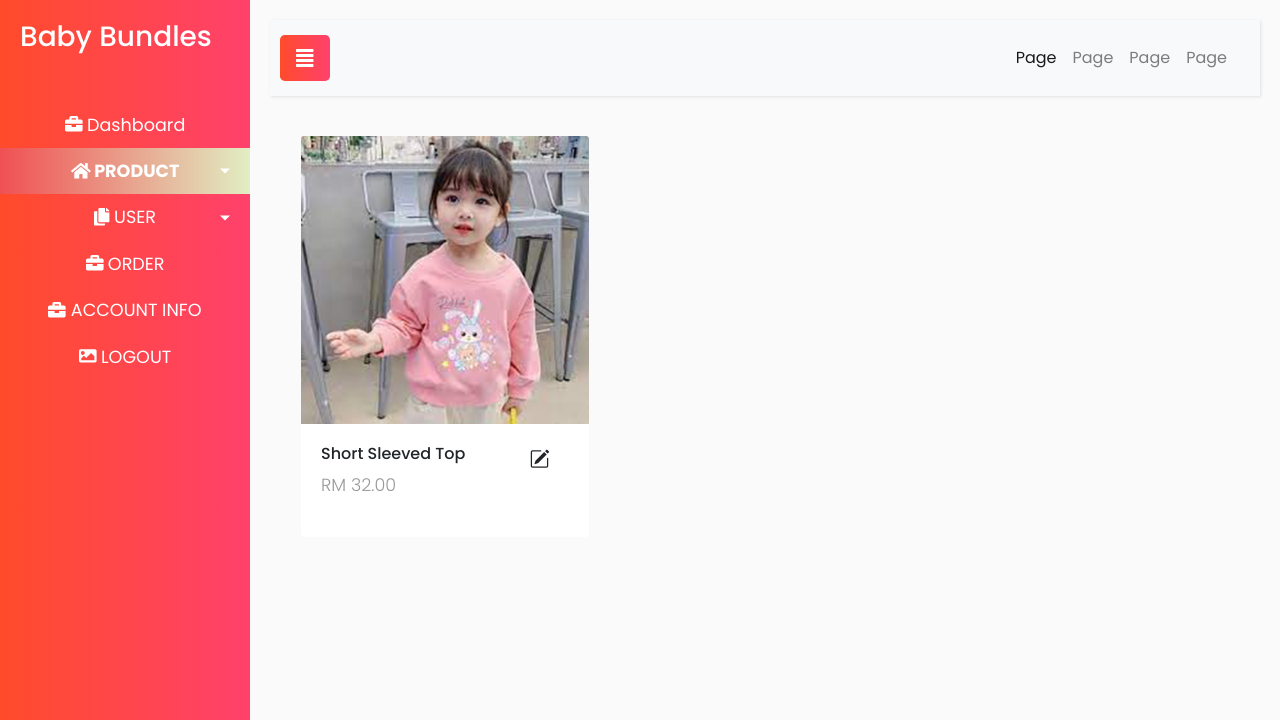
Repository: jiahow99/Baby-Bundles-University
Page: http://localhost/admin.php
These files come from the project's save history. The page is drawn as it stood at one moment and after a run of saves; the edit follows.
The browser window is 1280 px wide. The pictures show the whole page.
Some web libraries are served in a nearby version. The page is run by PHP 8.4 with error messages shown; the project is at /var/www/html/.

Above is the page before, as saved 2022-11-24 17:30:01.

### admin.php
<!DOCTYPE html>
<html>

<head>
    <meta charset="utf-8">
    <meta name="viewport" content="width=device-width, initial-scale=1.0">
    <meta http-equiv="X-UA-Compatible" content="IE=edge">

    <title>Admin</title>

    <!-- Bootstrap CSS CDN -->
    <link rel="stylesheet" href="https://stackpath.bootstrapcdn.com/bootstrap/4.1.0/css/bootstrap.min.css" integrity="sha384-9gVQ4dYFwwWSjIDZnLEWnxCjeSWFphJiwGPXr1jddIhOegiu1FwO5qRGvFXOdJZ4" crossorigin="anonymous">
    <!-- Our Custom CSS -->
    <link rel="stylesheet" href="css/admin.style.css">

    <!-- Font Awesome JS -->
    <script defer src="https://use.fontawesome.com/releases/v5.0.13/js/solid.js" integrity="sha384-tzzSw1/Vo+0N5UhStP3bvwWPq+uvzCMfrN1fEFe+xBmv1C/AtVX5K0uZtmcHitFZ" crossorigin="anonymous"></script>
    <script defer src="https://use.fontawesome.com/releases/v5.0.13/js/fontawesome.js" integrity="sha384-6OIrr52G08NpOFSZdxxz1xdNSndlD4vdcf/q2myIUVO0VsqaGHJsB0RaBE01VTOY" crossorigin="anonymous"></script>
    <!-- Bootstrap Icon -->
    <link rel="stylesheet" href="https://cdn.jsdelivr.net/npm/bootstrap-icons@1.3.0/font/bootstrap-icons.css">

</head>

<body>

    <div class="wrapper">
        <!-- Sidebar  -->
        <nav id="sidebar">
            <div class="sidebar-header">
                <h3>Baby Bundles</h3>
                <strong>BS</strong>
            </div>

            <ul class="list-unstyled components">
                <!-- Dashboard -->
                <li>
                    <a href="#">
                        <i class="fas fa-briefcase"></i>
                        <span id="aboutlabel">Dashboard</span>
                    </a>
                </li>
                <!-- Product -->
                <li class="active">
                    <a href="#homeSubmenu" data-toggle="collapse" aria-expanded="false" class="dropdown-toggle">
                        <i class="fas fa-home"></i>
                        <span id="homelabel">PRODUCT</span>
                    </a>
                    <ul class="collapse list-unstyled" id="homeSubmenu">
                        <li>
                            <a href="#">ADD PRODUCT</a>
                        </li>
                        <li>
                            <a href="#">DELETE PRODUCT</a>
                        </li>
                        <li>
                            <a href="#">VIEW ALL</a>
                        </li>
                    </ul>
                </li>
                <!-- User -->
                <li>
                    <a href="#pageSubmenu" data-toggle="collapse" aria-expanded="false" class="dropdown-toggle">
                        <i class="fas fa-copy"></i>
                        <span id="pagelabel">USER</span>
                    </a>
                    <ul class="collapse list-unstyled" id="pageSubmenu">
                        <li>
                            <a href="#">ADD USER</a>
                        </li>
                        <li>
                            <a href="#">DELETE USER</a>
                        </li>
                        <li>
                            <a href="#">VIEW ALL</a>
                        </li>
                    </ul>
                </li>
                <!-- Order -->
                <li>
                    <a href="#">
                        <i class="fas fa-briefcase"></i>
                        <span id="aboutlabel">ORDER</span>
                    </a>
                </li>
                <!-- Account Info -->
                <li>
                    <a href="#">
                        <i class="fas fa-briefcase"></i>
                        <span id="aboutlabel">ACCOUNT INFO</span>
                    </a>
                </li>
                <!-- Log out -->
                <li>
                    <a href="#">
                        <i class="fas fa-image"></i>
                        <span id="portfoliolabel">LOGOUT</span>
                    </a>
                </li>
            </ul>


        </nav>

        <!-- Page Content  -->
        <div id="content">

            <nav class="navbar navbar-expand-lg navbar-light bg-light">
                <div class="container-fluid pl-0">

                    <button type="button" id="sidebarCollapse" class="btn-lg btn-primary">
                        <i class="fas fa-align-justify"></i>
                        <!-- <span>Toggle Sidebar</span> -->
                    </button>
                    <button class="btn btn-dark d-inline-block d-lg-none ml-auto" type="button" data-toggle="collapse" data-target="#navbarSupportedContent" aria-controls="navbarSupportedContent" aria-expanded="false" aria-label="Toggle navigation">
                        <i class="fas fa-align-justify"></i>
                    </button>

                    <div class="collapse navbar-collapse" id="navbarSupportedContent">
                        <ul class="nav navbar-nav ml-auto">
                            <li class="nav-item active">
                                <a class="nav-link" href="#">Page</a>
                            </li>
                            <li class="nav-item">
                                <a class="nav-link" href="#">Page</a>
                            </li>
                            <li class="nav-item">
                                <a class="nav-link" href="#">Page</a>
                            </li>
                            <li class="nav-item">
                                <a class="nav-link" href="#">Page</a>
                            </li>
                        </ul>
                    </div>
                </div>
            </nav>

            <div class="row mx-3">
                <div class="col-3">
                    <!-- Product card -->
                    <div class="card border-0" style="width: 18rem;">
                        <img class="card-img-top" src="img/top/top01.jpg" >
                        <div class="card-body">
                            <div class="row">
                                <!-- Title and Price -->
                                <div class="col-9">
                                    <h6>Short Sleeved Top</h6>
                                    <p>RM 32.00</p>
                                </div>
                                <!-- Edit icon -->
                                <div class="col-3" style="font-size:20px;"><i class="bi bi-pencil-square"></i></div>
                            </div>
                        </div>
                        </div>
                    </div>
            </div>
    </div>

    <!-- jQuery CDN - Slim version (=without AJAX) -->
    <script src="https://code.jquery.com/jquery-3.3.1.slim.min.js" integrity="sha384-q8i/X+965DzO0rT7abK41JStQIAqVgRVzpbzo5smXKp4YfRvH+8abtTE1Pi6jizo" crossorigin="anonymous"></script>
    <!-- Popper.JS -->
    <script src="https://cdnjs.cloudflare.com/ajax/libs/popper.js/1.14.0/umd/popper.min.js" integrity="sha384-cs/chFZiN24E4KMATLdqdvsezGxaGsi4hLGOzlXwp5UZB1LY//20VyM2taTB4QvJ" crossorigin="anonymous"></script>
    <!-- Bootstrap JS -->
    <script src="https://stackpath.bootstrapcdn.com/bootstrap/4.1.0/js/bootstrap.min.js" integrity="sha384-uefMccjFJAIv6A+rW+L4AHf99KvxDjWSu1z9VI8SKNVmz4sk7buKt/6v9KI65qnm" crossorigin="anonymous"></script>

    <script type="text/javascript">
        $(document).ready(function () {
            $('#sidebarCollapse').on('click', function () {
                $('#sidebar').toggleClass('active');
                $('#homelabel').toggleClass('d-none');
                $('#aboutlabel').toggleClass('d-none');
                $('#pagelabel').toggleClass('d-none');
                $('#portfoliolabel').toggleClass('d-none');
                $('#faqlabel').toggleClass('d-none');
                $('#contactlabel').toggleClass('d-none');
            });
        });
    </script>
</body>

</html>

### css/admin.style.css
/*
    DEMO STYLE
*/

@import "https://fonts.googleapis.com/css?family=Poppins:300,400,500,600,700";

body {
    font-family: 'Poppins', sans-serif;
    background: #fafafa;
}

p {
    font-family: 'Poppins', sans-serif;
    font-size: 1.1em;
    font-weight: 300;
    line-height: 1.7em;
    color: #999;
}

a,
a:hover,
a:focus {
    color: inherit;
    text-decoration: none;
    transition: all 0.3s;
}

.navbar {
    padding: 15px 10px;
    background: #fff;
    border: none;
    border-radius: 0;
    margin-bottom: 40px;
    box-shadow: 1px 1px 3px rgba(0, 0, 0, 0.1);
}

.navbar-btn {
    box-shadow: none;
    outline: none !important;
    border: none;
}

.line {
    width: 100%;
    height: 1px;
    border-bottom: 1px dashed #ddd;
    margin: 40px 0;
}

i,
span {
    display: inline-block;
}

/* ---------------------------------------------------
    SIDEBAR STYLE
----------------------------------------------------- */

.wrapper {
    display: flex;
    align-items: stretch;
}

#sidebar {
    min-width: 250px;
    max-width: 250px;
    background: #FF416C;  /* fallback for old browsers */
    background: -webkit-linear-gradient(to right, #FF4B2B, #FF416C);  /* Chrome 10-25, Safari 5.1-6 */
    background: linear-gradient(to right, #FF4B2B, #FF416C); /* W3C, IE 10+/ Edge, Firefox 16+, Chrome 26+, Opera 12+, Safari 7+ */
    color: #fff;
    transition: all 0.3s;
}

#sidebar.active {
    min-width: 80px;
    max-width: 80px;
    text-align: center;
}

#sidebar.active .sidebar-header h3,
#sidebar.active .CTAs {
    display: none;
}

#sidebar.active .sidebar-header strong {
    display: block;
}

#sidebar ul li a {
    text-align: left;
}

#sidebar.active ul li a {
    padding: 20px 10px;
    text-align: center;
    font-size: 0.85em;
}

#sidebar.active ul li a i {
    margin-right: 0;
    display: block;
    font-size: 1.8em;
    margin-bottom: 5px;
}

#sidebar.active ul ul a {
    padding: 10px !important;
}

#sidebar.active .dropdown-toggle::after {
    top: auto;
    bottom: 10px;
    right: 50%;
    -webkit-transform: translateX(50%);
    -ms-transform: translateX(50%);
    transform: translateX(50%);
}

#sidebar .sidebar-header {
    padding: 20px;
    background: #FF416C;  /* fallback for old browsers */
    background: -webkit-linear-gradient(to right, #FF4B2B, #FF416C);  /* Chrome 10-25, Safari 5.1-6 */
    background: linear-gradient(to right, #FF4B2B, #FF416C); /* W3C, IE 10+/ Edge, Firefox 16+, Chrome 26+, Opera 12+, Safari 7+ */
}

#sidebar .sidebar-header strong {
    display: none;
    font-size: 1.8em;
}

#sidebar ul.components {
    padding: 20px 0;
}

#sidebar ul li a {
    padding: 10px;
    font-size: 1.1em;
    display: block;
    text-align: center;
}

#sidebar ul li a:hover {
    color: #dc1522;
    background: #fff;
    font-weight: bolder;
}

#sidebar ul li a i {
    margin-right: 10px;
}

#sidebar ul li.active>a,
a[aria-expanded="true"] {
    color: #fff;
    background: #e1eec3;  /* fallback for old browsers */
    background: -webkit-linear-gradient(to right, #f05053, #e1eec3);  /* Chrome 10-25, Safari 5.1-6 */
    background: linear-gradient(to right, #f05053, #e1eec3); /* W3C, IE 10+/ Edge, Firefox 16+, Chrome 26+, Opera 12+, Safari 7+ */
    font-weight: bolder;
}

a[data-toggle="collapse"] {
    position: relative;
}

.dropdown-toggle::after {
    display: block;
    position: absolute;
    top: 50%;
    right: 20px;
    transform: translateY(-50%);
}

ul ul a {
    font-size: 0.9em !important;
    padding-left: 30px !important;
    background: #6d7fcc;
}

ul.CTAs {
    padding: 20px;
}

ul.CTAs a {
    text-align: center;
    font-size: 0.9em !important;
    display: block;
    border-radius: 5px;
    margin-bottom: 5px;
}

a.download {
    background: #fff;
    color: #7386D5;
}

a.article,
a.article:hover {
    background: #6d7fcc !important;
    color: #fff !important;
}

/* ---------------------------------------------------
    CONTENT STYLE
----------------------------------------------------- */

#content {
    width: 100%;
    padding: 20px;
    min-height: 100vh;
    transition: all 0.3s;
}

/* ---------------------------------------------------
    MEDIAQUERIES
----------------------------------------------------- */

@media (max-width: 768px) {
    #sidebar {
        min-width: 80px;
        max-width: 80px;
        text-align: center;
        margin-left: -80px !important;
    }
    .dropdown-toggle::after {
        top: auto;
        bottom: 10px;
        right: 50%;
        -webkit-transform: translateX(50%);
        -ms-transform: translateX(50%);
        transform: translateX(50%);
    }
    #sidebar.active {
        margin-left: 0 !important;
    }
    #sidebar .sidebar-header h3,
    #sidebar .CTAs {
        display: none;
    }
    #sidebar .sidebar-header strong {
        display: block;
    }
    #sidebar ul li a {
        padding: 20px 10px;
    }
    #sidebar ul li a span {
        font-size: 0.85em;
    }
    #sidebar ul li a i {
        margin-right: 0;
        display: block;
    }
    #sidebar ul ul a {
        padding: 10px !important;
    }
    #sidebar ul li a i {
        font-size: 1.3em;
    }
    #sidebar {
        margin-left: 0;
    }
    #sidebarCollapse span {
        display: none;
    }
}

#homeSubmenu li a,#pageSubmenu li a{
    background: #ED213A;  /* fallback for old browsers */
    background: -webkit-linear-gradient(to right, #93291E, #ED213A);  /* Chrome 10-25, Safari 5.1-6 */
    background: linear-gradient(to right, #93291E, #ED213A); /* W3C, IE 10+/ Edge, Firefox 16+, Chrome 26+, Opera 12+, Safari 7+ */



}

.btn-primary{
    background: #FF416C;  /* fallback for old browsers */
    background: -webkit-linear-gradient(to right, #FF4B2B, #FF416C);  /* Chrome 10-25, Safari 5.1-6 */
    background: linear-gradient(to right, #FF4B2B, #FF416C); /* W3C, IE 10+/ Edge, Firefox 16+, Chrome 26+, Opera 12+, Safari 7+ */
    border: 0;
    cursor: pointer;
}

After the next 2 saves:
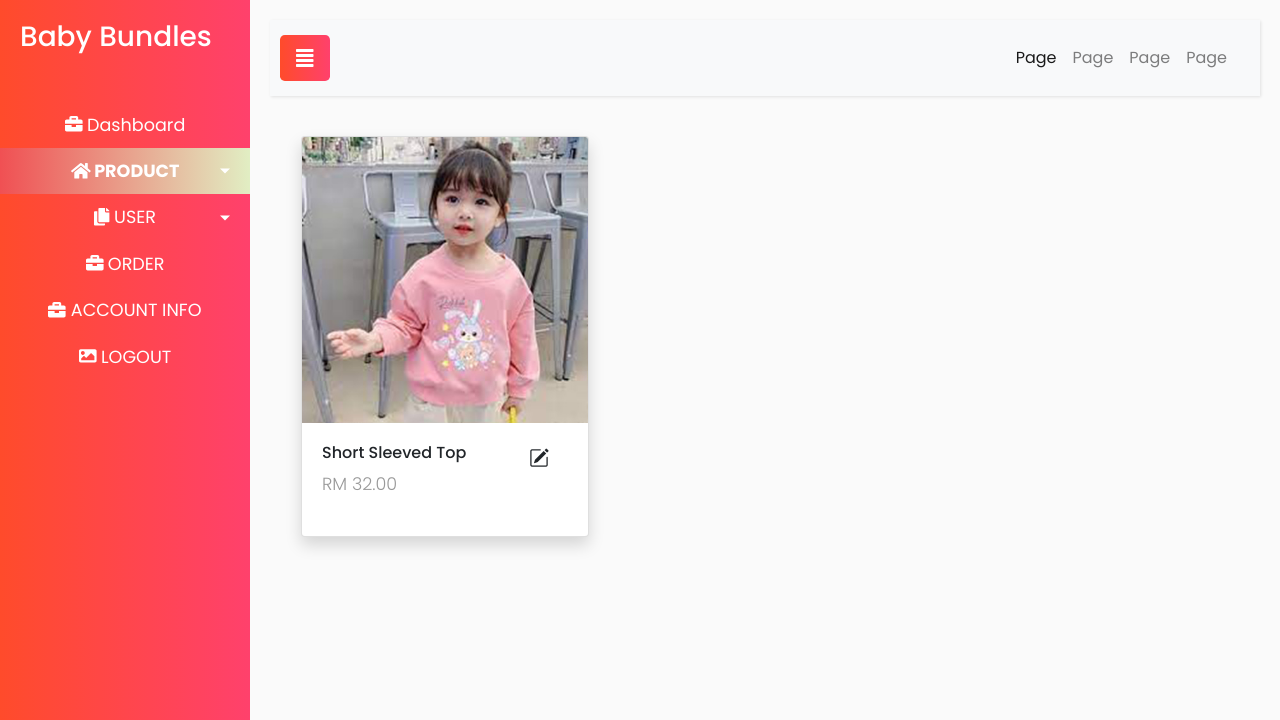
The 2 saves are shown as one change because they came seconds apart.
The last was saved 10 s later.
--- a/admin.php
+++ b/admin.php
@@ -137,7 +137,7 @@
             <div class="row mx-3">
                 <div class="col-3">
                     <!-- Product card -->
-                    <div class="card border-0" style="width: 18rem;">
+                    <div class="card shadow" style="width: 18rem;">
                         <img class="card-img-top" src="img/top/top01.jpg" >
                         <div class="card-body">
                             <div class="row">
